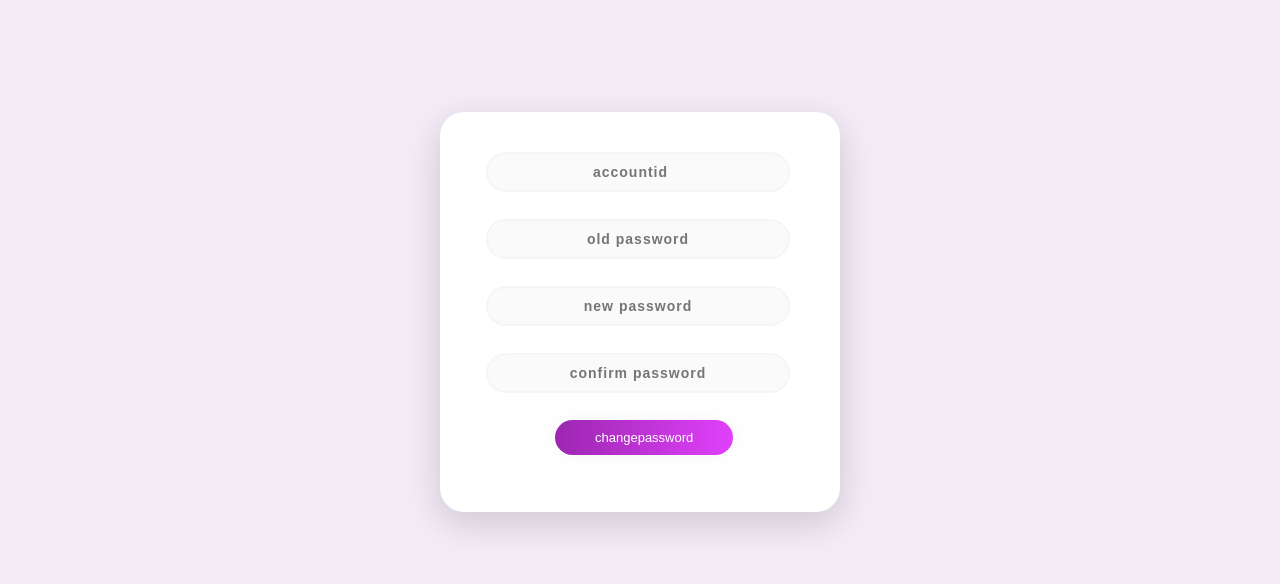
Repository: anujs099/bankingapp
Page: banking-application-final/WebContent/changepassword.html
These files come from the project's save history. The page is drawn as it stood at one moment and after the next save; the edit follows.
The browser window is 1280 px wide. The pictures show the whole page.

Above is the page before, as saved 2021-03-07 15:04:20.

### banking-application-final/WebContent/changepassword.html
<!DOCTYPE html>
<html>
<head>
<meta charset="ISO-8859-1">
<title>Insert title here</title>
<link rel="stylesheet" href="LoginFile.css">
</head>
<body>
<div class="main">


<form action="changepassword" method="post" class="form1">
<input type="number" placeholder="accountid" name="accountid" class="un"><br>
<input type="text" placeholder="old password" name="oldpassword" class="un"><br>
<input type="text" placeholder="new password" name="newpassword" class="un"><br>
<input type="text" placeholder="confirm password" name="confirmpassword" class="un"><br>
<input type="submit" value="changepassword" class="submit" style="position: relative;left:-25px;">
</form>


</div>
</body>
</html>

### banking-application-final/WebContent/LoginFile.css
@charset "ISO-8859-1";
 body {
        background-color: #F3EBF6;
        font-family: 'Ubuntu', sans-serif;
    }

    .main {
        background-color: #FFFFFF;
        width: 400px;
        height: 400px;
        margin: 7em auto;
        border-radius: 1.5em;
        box-shadow: 0px 11px 35px 2px rgba(0, 0, 0, 0.14);
    }

    .sign {
        padding-top: 40px;
        color: #8C55AA;
        font-family: 'Ubuntu', sans-serif;
        font-weight: bold;
        font-size: 23px;
    }

    .un {
    width: 76%;
    color: rgb(38, 50, 56);
    font-weight: 700;
    font-size: 14px;
    letter-spacing: 1px;
    background: rgba(136, 126, 126, 0.04);
    padding: 10px 20px;
    border: none;
    border-radius: 20px;
    outline: none;
    box-sizing: border-box;
    border: 2px solid rgba(0, 0, 0, 0.02);
    margin-bottom: 50px;
    margin-left: 46px;
    text-align: center;
    margin-bottom: 27px;
    font-family: 'Ubuntu', sans-serif;
    }

    form.form1 {
        padding-top: 40px;
    }

    .pass {
            width: 76%;
    color: rgb(38, 50, 56);
    font-weight: 700;
    font-size: 14px;
    letter-spacing: 1px;
    background: rgba(136, 126, 126, 0.04);
    padding: 10px 20px;
    border: none;
    border-radius: 20px;
    outline: none;
    box-sizing: border-box;
    border: 2px solid rgba(0, 0, 0, 0.02);
    margin-bottom: 50px;
    margin-left: 46px;
    text-align: center;
    margin-bottom: 27px;
    font-family: 'Ubuntu', sans-serif;
    }


    .un:focus, .pass:focus {
        border: 2px solid rgba(0, 0, 0, 0.18) !important;

    }

    .submit {
      cursor: pointer;
        border-radius: 5em;
        color: #fff;
        background: linear-gradient(to right, #9C27B0, #E040FB);
        border: 0;
        padding-left: 40px;
        padding-right: 40px;
        padding-bottom: 10px;
        padding-top: 10px;
        font-family: 'Ubuntu', sans-serif;
        margin-left: 35%;
        font-size: 13px;
        box-shadow: 0 0 20px 1px rgba(0, 0, 0, 0.04);
    }

    .forgot {
        text-shadow: 0px 0px 3px rgba(117, 117, 117, 0.12);
        color: #E1BEE7;
        padding-top: 15px;
    }

    a {
        text-shadow: 0px 0px 3px rgba(117, 117, 117, 0.12);
        color: #E1BEE7;
        text-decoration: none
    }

    @media (max-width: 600px) {
        .main {
            border-radius: 0px;
        }

    }

After the next save:
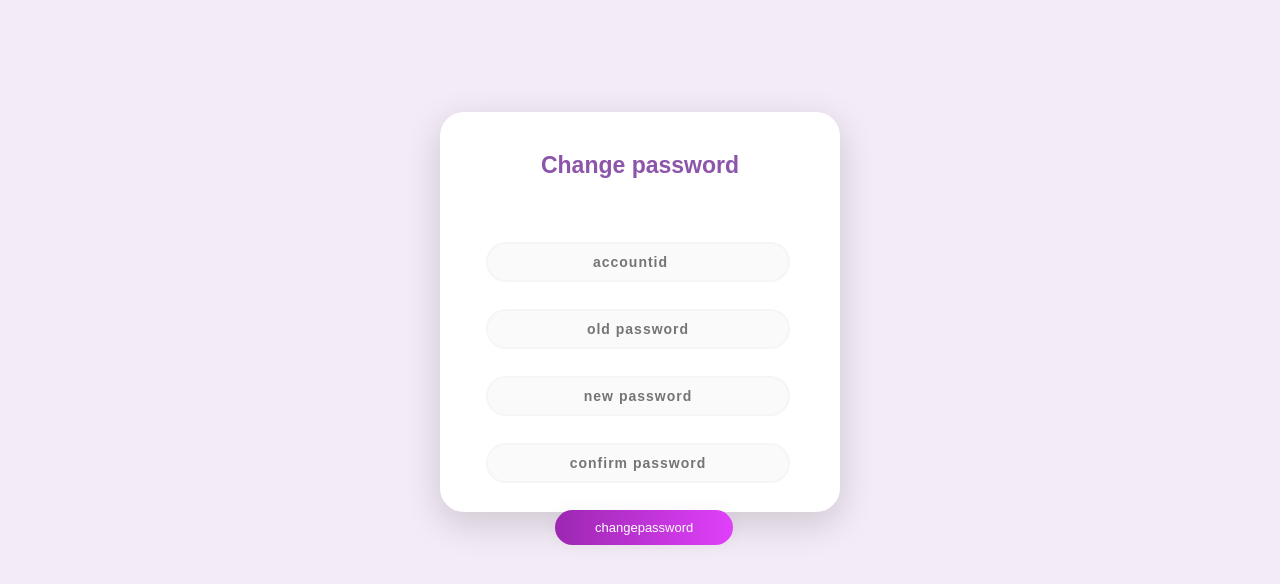
Saved 87 s later.
--- a/banking-application-final/WebContent/changepassword.html
+++ b/banking-application-final/WebContent/changepassword.html
@@ -7,7 +7,7 @@
 </head>
 <body>
 <div class="main">
-
+<p class="sign" align="center">Change password</p>
 
 <form action="changepassword" method="post" class="form1">
 <input type="number" placeholder="accountid" name="accountid" class="un"><br>
